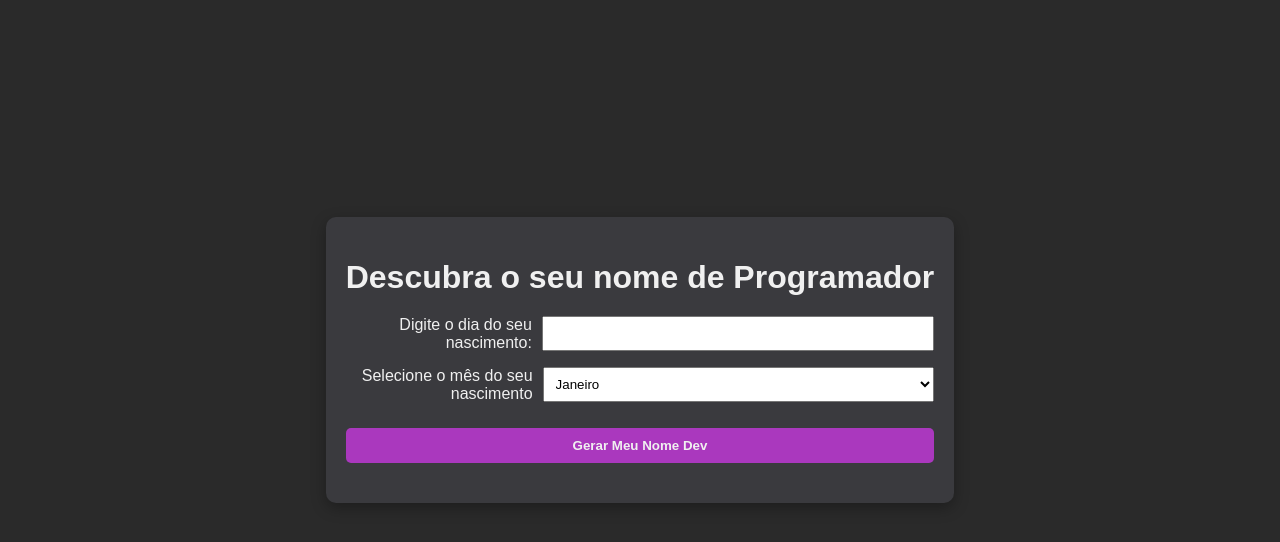
Repository: analessp/seu-nome-dev
Page: index.html
These files come from the project's save history. The page is drawn as it stood at one moment and after the next save; the edit follows.
The browser window is 1280 px wide. The pictures show the whole page.

Above is the page before, as saved 2025-05-13 11:39:23.

After the next save:
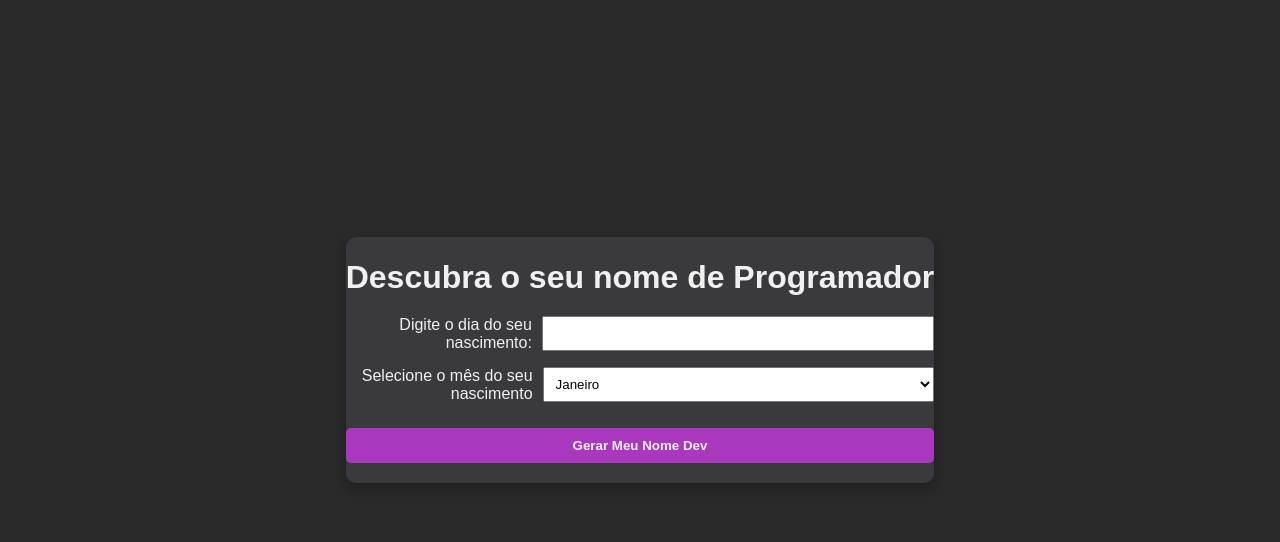
Saved 5 s later.
--- a/styles.css
+++ b/styles.css
@@ -13,7 +13,6 @@ body {
     width: 400px
     padding: 20px;
     background-color: #3a3a3e;
-    padding: 20px;
     border-radius: 10px;
     box-shadow: 0px 5px 15px rgba(0, 0, 0, 0.3);
 }
